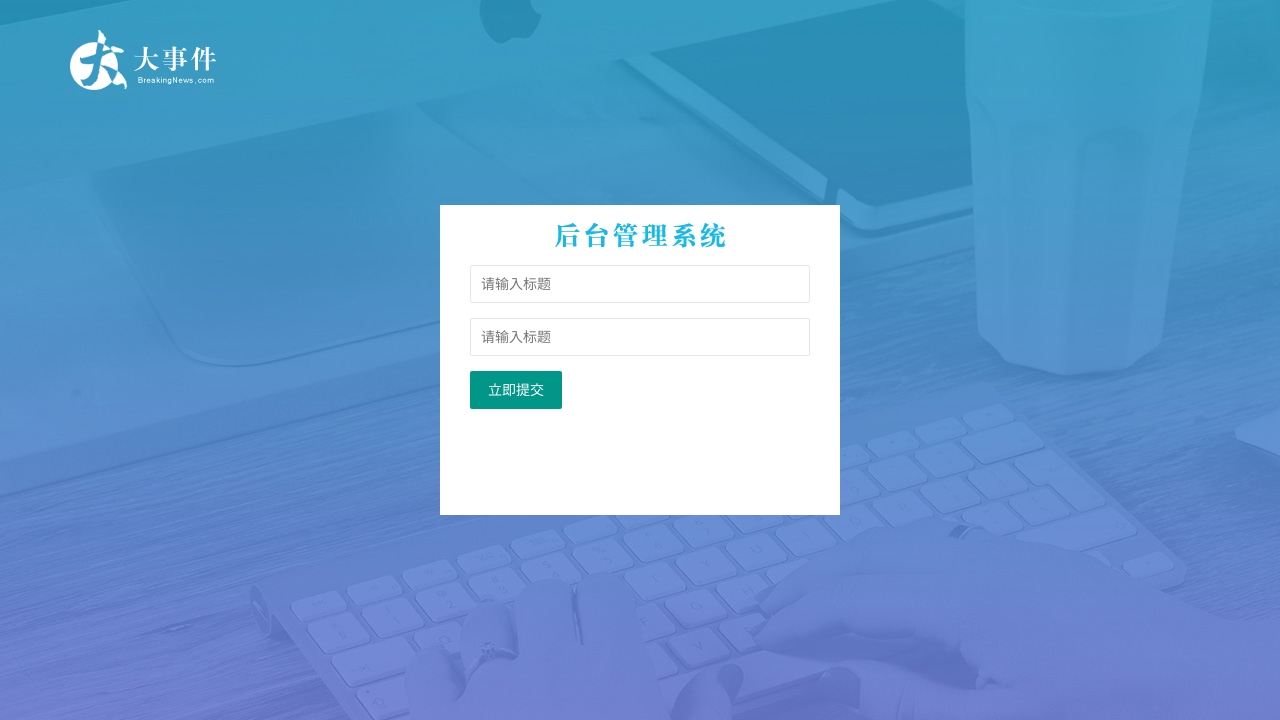
Repository: xxsleep/-
Page: home/login.html
These files come from the project's save history. The page is drawn as it stood at one moment and after the next save; the edit follows.
The browser window is 1280 px wide. The pictures show the whole page.

Above is the page before, as saved 2020-11-23 11:50:01.

After the next save:
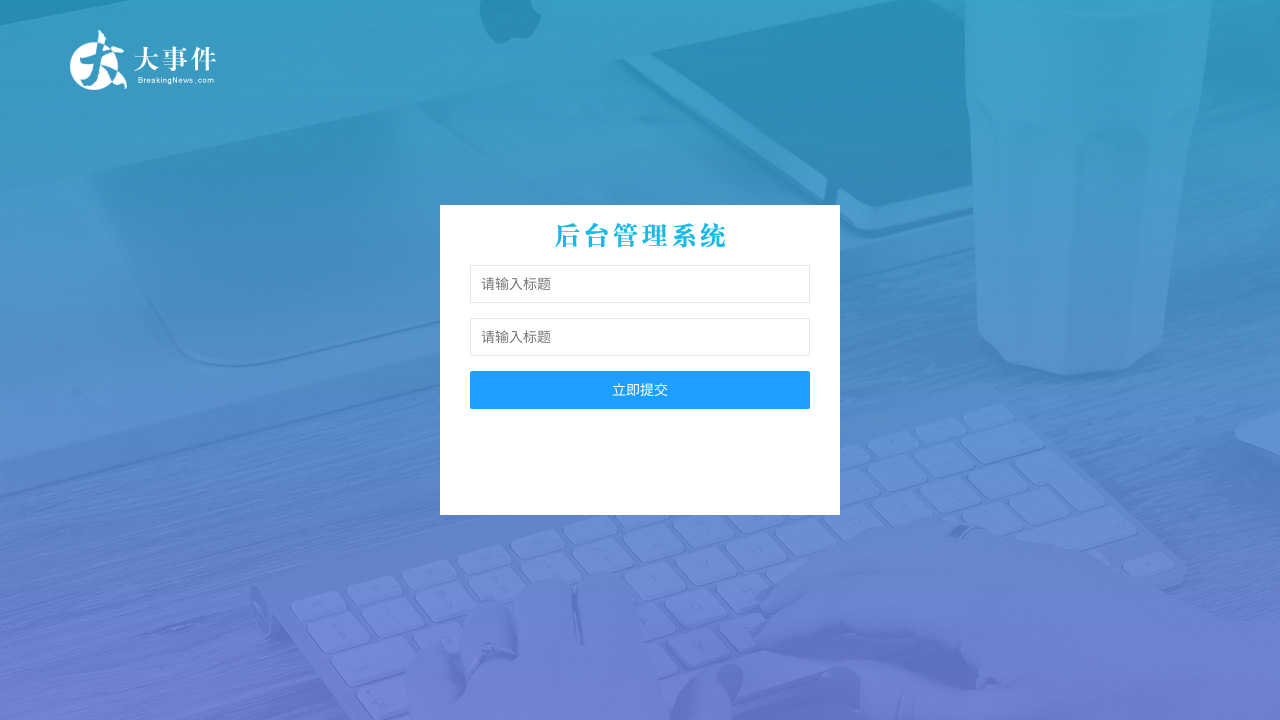
Saved 53 s later.
--- a/home/login.html
+++ b/home/login.html
@@ -26,8 +26,9 @@
                 <input type="text" name="title" required lay-verify="required" placeholder="请输入标题" autocomplete="off"
                     class="layui-input">
             </div>
-            <div class="layui-form-item">
-                <button class="layui-btn" lay-submit lay-filter="formDemo">立即提交</button>
+            <div class="layui-form-item ">
+                <button class="layui-btn layui-btn-fluid layui-btn-normal" lay-submit
+                    lay-filter="formDemo">立即提交</button>
             </div>
         </form>
     </div>
